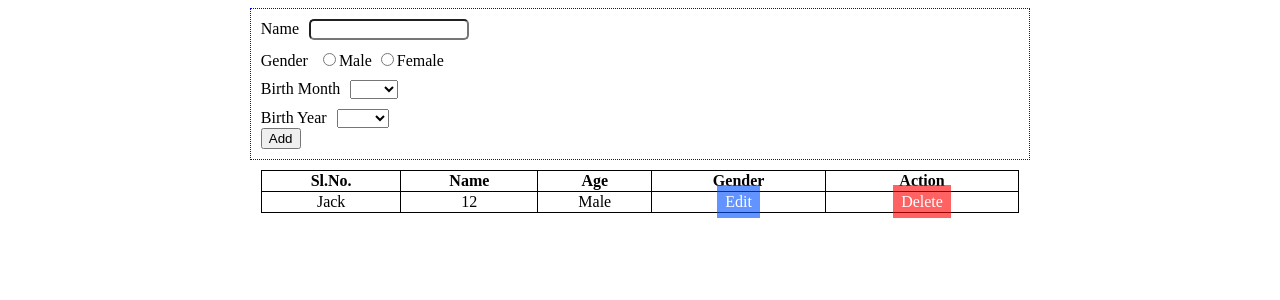
Repository: tysonpaul89/vue-student-crud
Page: /
These files come from the project's save history. The page is drawn as it stood at one moment and after the next save; the edit follows.
The browser window is 1280 px wide. The pictures show the whole page.
The project was rebuilt for these pictures with package versions that can differ from the ones it lists, and the page was loaded fresh each time.

Above is the page before, as saved 2020-04-11 11:36:24.

After the next save:
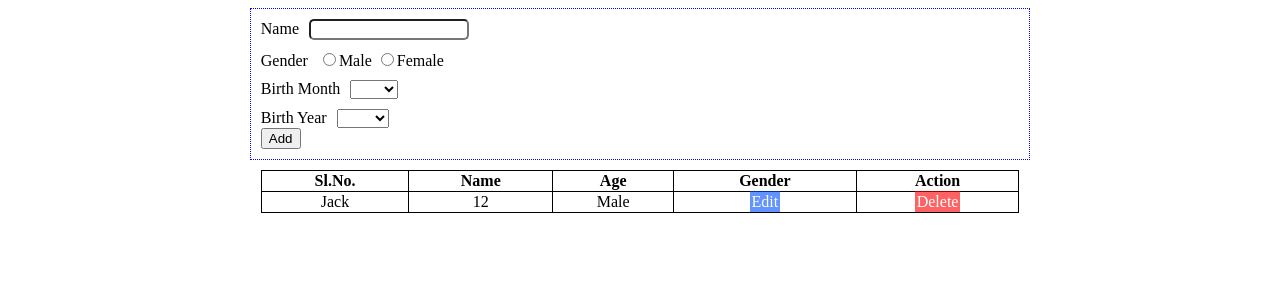
Saved 5 s later.
--- a/src/components/StudentListng.vue
+++ b/src/components/StudentListng.vue
@@ -50,7 +50,7 @@ export default {
   #btn-edit {
     color: white;
     text-decoration: none;
-    padding: .5em;
+    padding: .1em;
   }
 
   #btn-delete {
